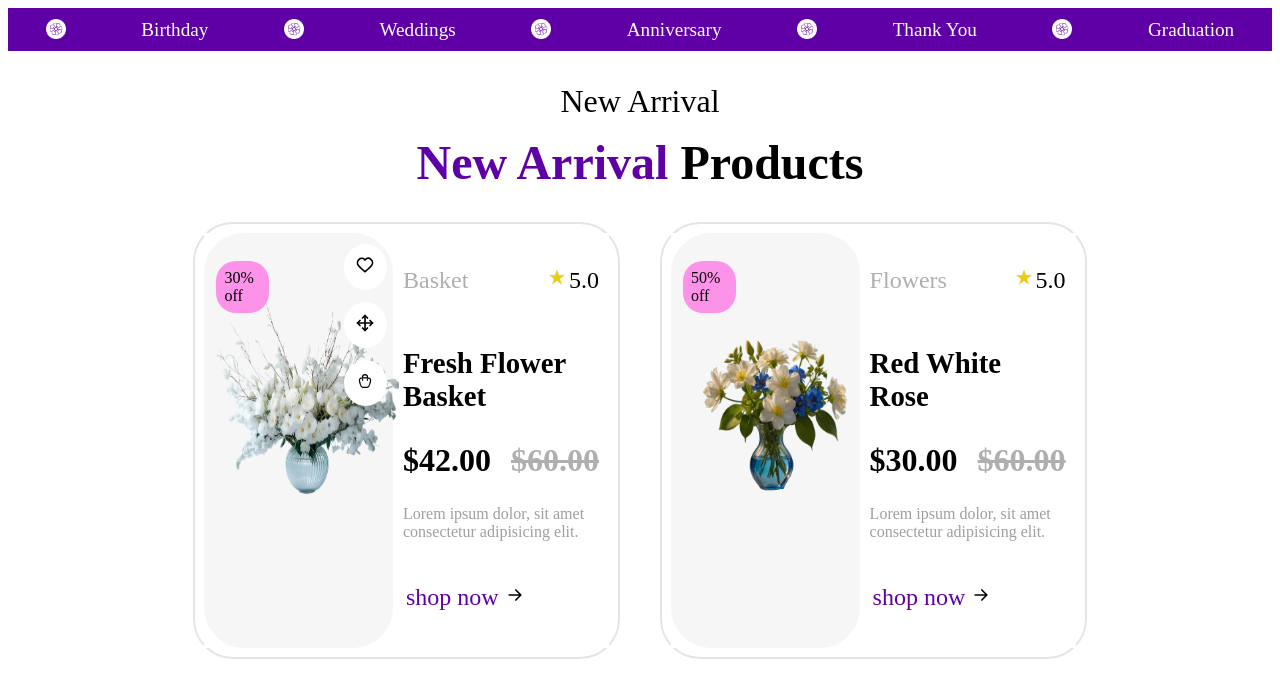
Repository: KolawoleTemilade/classroom-learning
Page: newarrival/index.html
The author's editor kept a copy of each file at every save. The page is drawn from the files as they stood at one save, then again after a run of saves.
The browser window is 1280 px wide. The pictures show the whole page.

Above is the page before, as saved 2025-10-02 09:13:01.

After the next 2 saves:
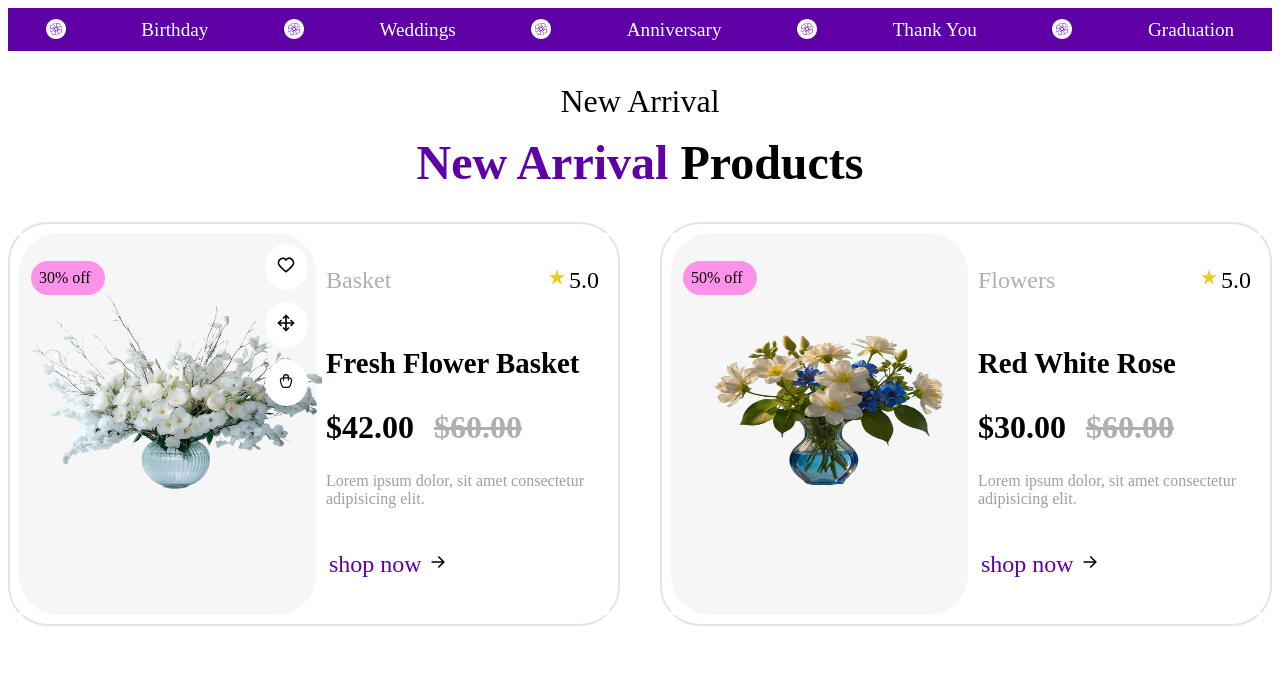
The 2 saves are shown as one change because they came seconds apart.
The last was saved 102 s later.
--- a/newarrival/style.css
+++ b/newarrival/style.css
@@ -15,7 +15,7 @@
   font-size: 1.2rem;
 }
 
-.new-arrival-sect {
+.new-arrival-sect > .new-arrival {
   display: flex;
   flex-direction: column;
   align-items: center;
